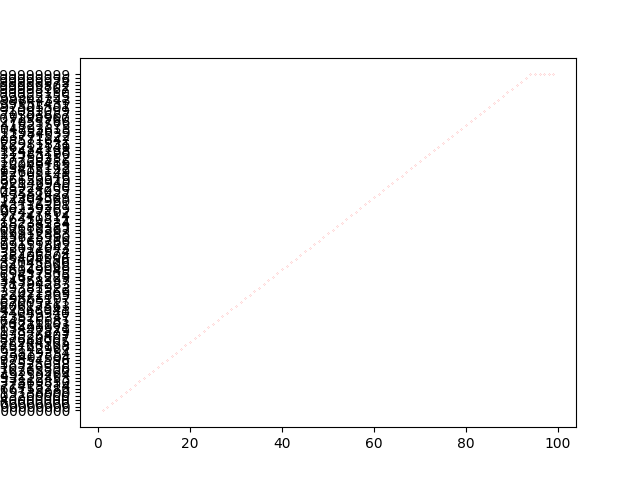
Repository: GreenSheep-Studio/PythonLearning
Script's output: python ArknightsP.py
The author's editor kept a copy of each file at every save. The script's output is drawn from the files as they stood at one save, then again after the next save.
Random numbers start from a fixed seed.

Above is the script's output before, as saved 2023-11-06 15:13:24.

### ArknightsP.py
import matplotlib.pyplot as plt
import numpy as np
def P(x):
    if x <= 50:
        return 0.02
    elif x > 50:
        return 0.02 + ((x - 50) * 0.02)
def Posty(x):
    PostyNum = 1
    for i in range(1, x):
        PostyNum = PostyNum * (1- P(i))
    return PostyNum * P(x)
def PostySum(x):
    Sum = 0
    for i in range(1, x + 1):
        Sum += Posty(i)
    return Sum
def Ecp(x):
    Sum = 0
    for i in range(1, x + 1):
        Sum = Sum + (Posty(i) * i)
    return Sum
def main():
    x = 1
    ListP = []
    ListX = []
    while P(x) <= 1:
        ListX.append(x)
        ListP.append(f"{PostySum(x):.15f}")
        x += 1
    for i, j in zip(ListX, ListP):
        print(i, j)
    plt.scatter(ListX, ListP,s=0.01, c="red")
    plt.show()
    print(f"{Ecp(x)}")
if __name__ == "__main__":
    main()

After the next save:
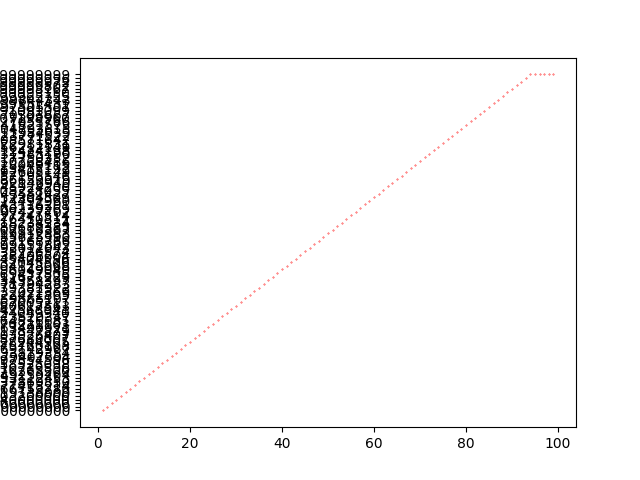
Saved 16 s later.
--- a/ArknightsP.py
+++ b/ArknightsP.py
@@ -30,7 +30,7 @@ def main():
         x += 1
     for i, j in zip(ListX, ListP):
         print(i, j)
-    plt.scatter(ListX, ListP,s=0.01, c="red")
+    plt.scatter(ListX, ListP,s=0.1, c="red")
     plt.show()
     print(f"{Ecp(x)}")
 if __name__ == "__main__":
